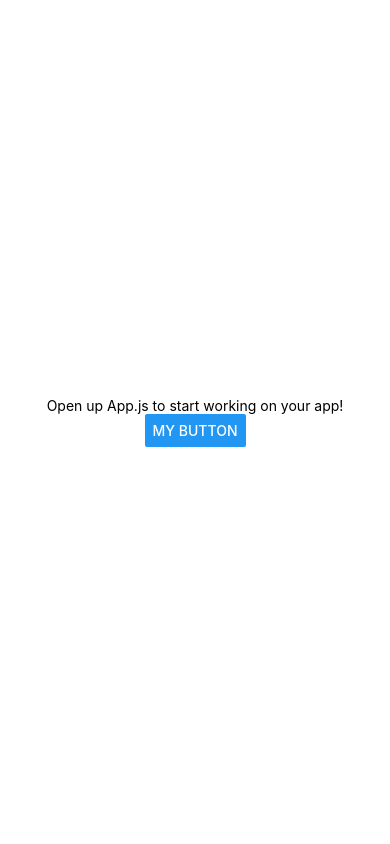
Repository: rchavarria77/pomodoro-app
Screen: /
The author's editor kept a copy of each file at every save. The screen is drawn from the files as they stood at one save, then again after the next save.
The app was drawn by React Native's web renderer in a window 390 px wide. The project was rebuilt for these pictures with package versions that can differ from the ones it lists, and the page was loaded fresh each time.

Above is the screen before, as saved 2024-02-01 00:26:28.

### App.js
import { StatusBar } from 'expo-status-bar';
import { StyleSheet, Text, View, Button } from 'react-native';

export default function App() {
  return (
    <View style={styles.container}>
      <Text>Open up App.js to start working on your app!</Text>
      <Button title='My Button' />
      <StatusBar style='auto' />
    </View>
  );
}

const styles = StyleSheet.create({
  container: {
    flex: 1,
    backgroundColor: '#fff',
    alignItems: 'center',
    justifyContent: 'center',
  },
});

After the next save:
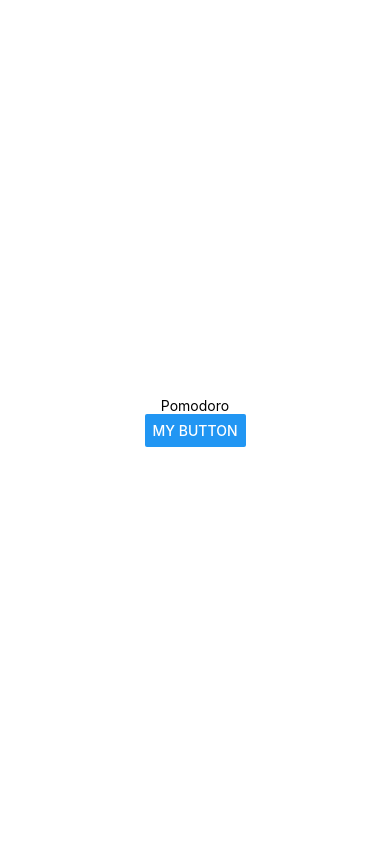
Saved 14 s later.
--- a/App.js
+++ b/App.js
@@ -4,7 +4,7 @@ import { StyleSheet, Text, View, Button } from 'react-native';
 export default function App() {
   return (
     <View style={styles.container}>
-      <Text>Open up App.js to start working on your app!</Text>
+      <Text>Pomodoro</Text>
       <Button title='My Button' />
       <StatusBar style='auto' />
     </View>
